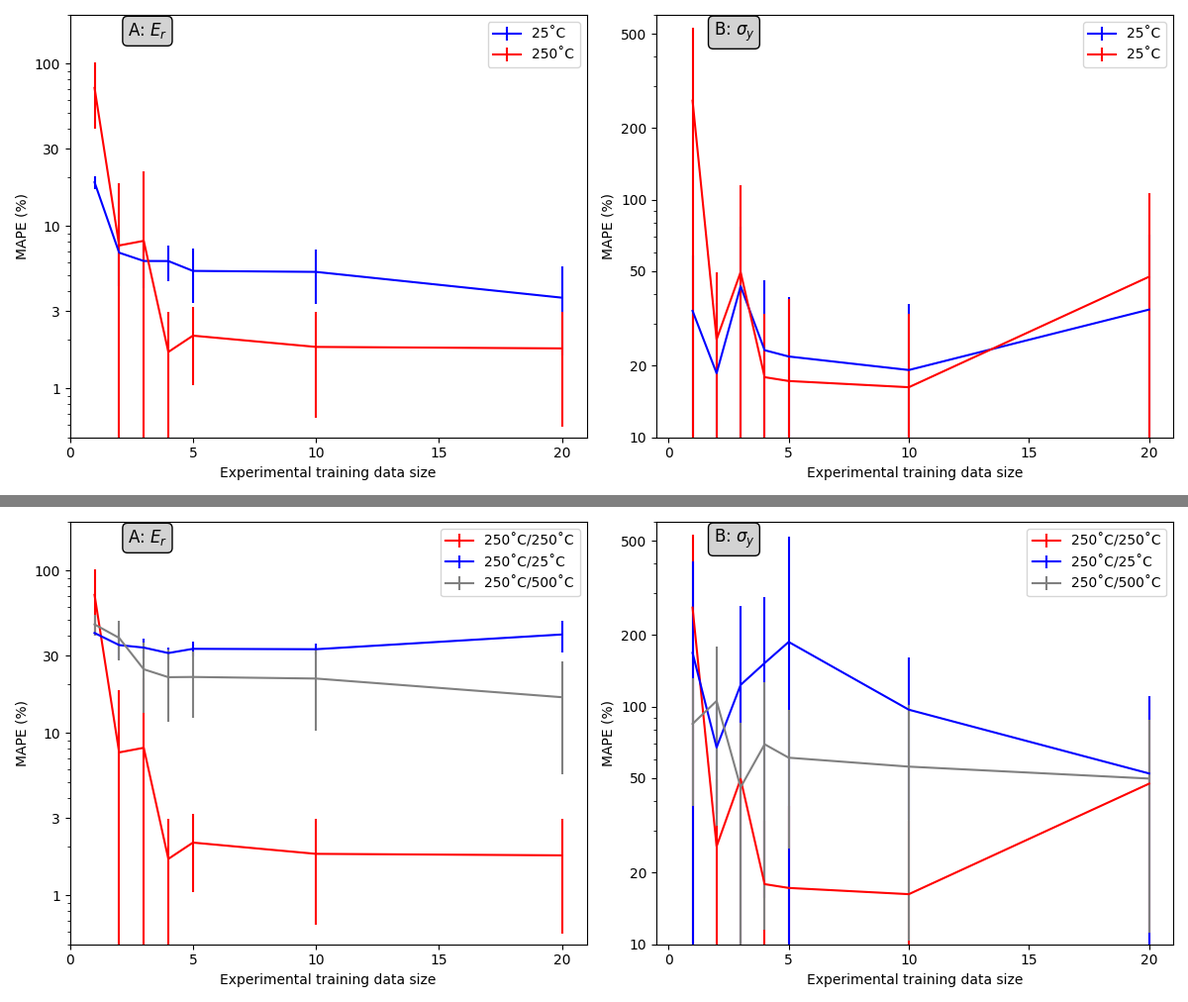
Repository: JoeSpencer1/temperature-dependant
Script's output: python src/figures.py
An editor plug-in stored every save of this project. The script's output is shown before and after the next save, followed by the edit.
The pictures are shown at 99% of full size.
Each picture stacks the figures in order, with grey between them; figures that are only written to a file come last. Random numbers start from a fixed seed.

Above is the script's output before, as saved 2023-10-29 15:31:10.

### src/figures.py
import matplotlib.pyplot as plt

n = [1, 2, 3, 4, 5, 10, 20]
n1 = n
# 25˚C
Ti25E = [18.619205, 6.8593493, 6.0983825, 6.091887, 5.298505, 5.2244196, 3.6239312]
εTi25E = [1.6743975, 2.5646875, 1.9379541, 1.4813129, 1.9537387, 1.9212662, 2.01604]
Ti25σ = [34.068943, 18.617916, 43.272, 23.271488, 21.895184, 19.204937, 34.49958]
εTi25σ = [24.325975, 18.127224, 33.714092, 22.803173, 17.10482, 17.321714, 36.6192]
# 250˚C
Ti250E = [70.95709, 7.5985556, 8.114405, 1.6784289, 2.1151547, 1.8030748, 1.7651669]
εTi250E = [31.052818, 10.786752, 13.492649, 1.3040054, 1.0622171, 1.1414853, 1.182222]
Ti250σ = [261.21823, 25.825928, 49.60928, 17.916042, 17.266216, 16.254345, 47.430775]
εTi250σ = [270.2345, 23.495884, 65.91791, 15.266485, 21.114838, 16.953184, 59.20635]
# 500˚C/250˚C
Ti500E = [46.683464, 38.522774, 24.701038, 22.080563, 22.1474, 21.659185, 16.620623]
εTi500E = [6.765701, 10.513843, 11.301726, 10.384357, 9.72246, 11.2682905, 11.029994]
Ti500σ = [84.67531, 105.72215, 45.78838, 69.46997, 60.99529, 55.9422, 49.83204]
εTi500σ = [46.46603, 74.18298, 39.670254, 57.913757, 35.607227, 45.5547, 38.628445]
# 25˚C/250˚C
Ti25250E = [41.319565, 34.81656, 33.59124, 31.09554, 33.010456, 32.823563, 40.46569]
εTi25250E = [1.6541697, 6.365257, 4.6176863, 2.6873071, 3.4111104, 2.5400345, 8.93229]
Ti25250σ = [168.42062, 67.375565, 123.53137, 152.6323, 187.2847, 97.121, 52.3555]
εTi25250σ = [240.32188, 32.01899, 141.78886, 136.91542, 330.77194, 63.82302, 58.671406]

fig, (ax1, ax2) = plt.subplots(1, 2, figsize=(12, 5))
ax1.errorbar(n, Ti25E, yerr = εTi25E, color = 'blue', label = "25˚C")
ax1.errorbar(n, Ti250E, yerr = εTi250E, color = 'red', label = "250˚C")
ax1.set_yscale('log')
ax1.set_ylim([0.5, 200])
ax1.set_xlim([0, 21])
ax1.set_xticks([0, 5, 10, 15, 20])
ax1.set_yticks([1, 3, 10, 30, 100])
ax1.set_yticklabels([1, 3, 10, 30, 100])
ax1.legend()
ax1.set_ylabel("MAPE (%)")
ax1.set_xlabel("Experimental training data size")
ax1.annotate("A: $E_{r}$", xy=(0.15, 0.95), xycoords="axes fraction",
              fontsize=12, ha="center",
              bbox=dict(boxstyle="round,pad=0.3", edgecolor="black", facecolor="lightgray"))

ax2.errorbar(n1, Ti25σ, yerr = εTi25σ, color = 'blue', label = "25˚C")
ax2.errorbar(n1, Ti250σ, yerr = εTi250σ, color = 'red', label = "25˚C")
ax2.set_yscale('log')
ax2.set_ylim([10, 600])
ax2.set_xlim([-0.5, 21])
ax2.set_xticks([0, 5, 10, 15, 20])
ax2.set_yticks([10, 20, 50, 100, 200, 500])
ax2.set_yticklabels([10, 20, 50, 100, 200, 500])
ax2.legend()
ax2.set_ylabel("MAPE (%)")
ax2.set_xlabel("Experimental training data size")
plt.subplots_adjust(bottom=0.180)
fig.tight_layout()
ax2.annotate("B: $\sigma_{y}$", xy=(0.15, 0.95), xycoords="axes fraction",
              fontsize=12, ha="center",
              bbox=dict(boxstyle="round,pad=0.3", edgecolor="black", facecolor="lightgray"))
plt.savefig("/Users/Joe/Desktop/figure1.jpeg", dpi=800, bbox_inches="tight")
plt.show()


fig, (ax1, ax2) = plt.subplots(1, 2, figsize=(12, 5))
ax1.errorbar(n, Ti250E, yerr = εTi250E, color = 'red', label = "250˚C/250˚C")
ax1.errorbar(n, Ti25250E, yerr = εTi25250E, color = 'blue', label = "250˚C/25˚C")
ax1.errorbar(n, Ti500E, yerr = εTi500E, color = 'gray', label = "250˚C/500˚C")
ax1.set_yscale('log')
ax1.set_ylim([0.5, 200])
ax1.set_xlim([0, 21])
ax1.set_xticks([0, 5, 10, 15, 20])
ax1.set_yticks([1, 3, 10, 30, 100])
ax1.set_yticklabels([1, 3, 10, 30, 100])
ax1.legend()
ax1.set_ylabel("MAPE (%)")
ax1.set_xlabel("Experimental training data size")
ax1.annotate("A: $E_{r}$", xy=(0.15, 0.95), xycoords="axes fraction",
              fontsize=12, ha="center",
              bbox=dict(boxstyle="round,pad=0.3", edgecolor="black", facecolor="lightgray"))

ax2.errorbar(n1, Ti250σ, yerr = εTi250σ, color = 'red', label = "250˚C/250˚C")
ax2.errorbar(n1, Ti25250σ, yerr = εTi25250σ, color = 'blue', label = "250˚C/25˚C")
ax2.errorbar(n1, Ti500σ, yerr = εTi500σ, color = 'gray', label = "250˚C/500˚C")
ax2.set_yscale('log')
ax2.set_ylim([10, 600])
ax2.set_xlim([-0.5, 21])
ax2.set_xticks([0, 5, 10, 15, 20])
ax2.set_yticks([10, 20, 50, 100, 200, 500])
ax2.set_yticklabels([10, 20, 50, 100, 200, 500])
ax2.legend()
ax2.set_ylabel("MAPE (%)")
ax2.set_xlabel("Experimental training data size")
plt.subplots_adjust(bottom=0.180)
fig.tight_layout()
ax2.annotate("B: $\sigma_{y}$", xy=(0.15, 0.95), xycoords="axes fraction",
              fontsize=12, ha="center",
              bbox=dict(boxstyle="round,pad=0.3", edgecolor="black", facecolor="lightgray"))
plt.savefig("/Users/Joe/Desktop/figure1.jpeg", dpi=800, bbox_inches="tight")
plt.show()

After the next save:
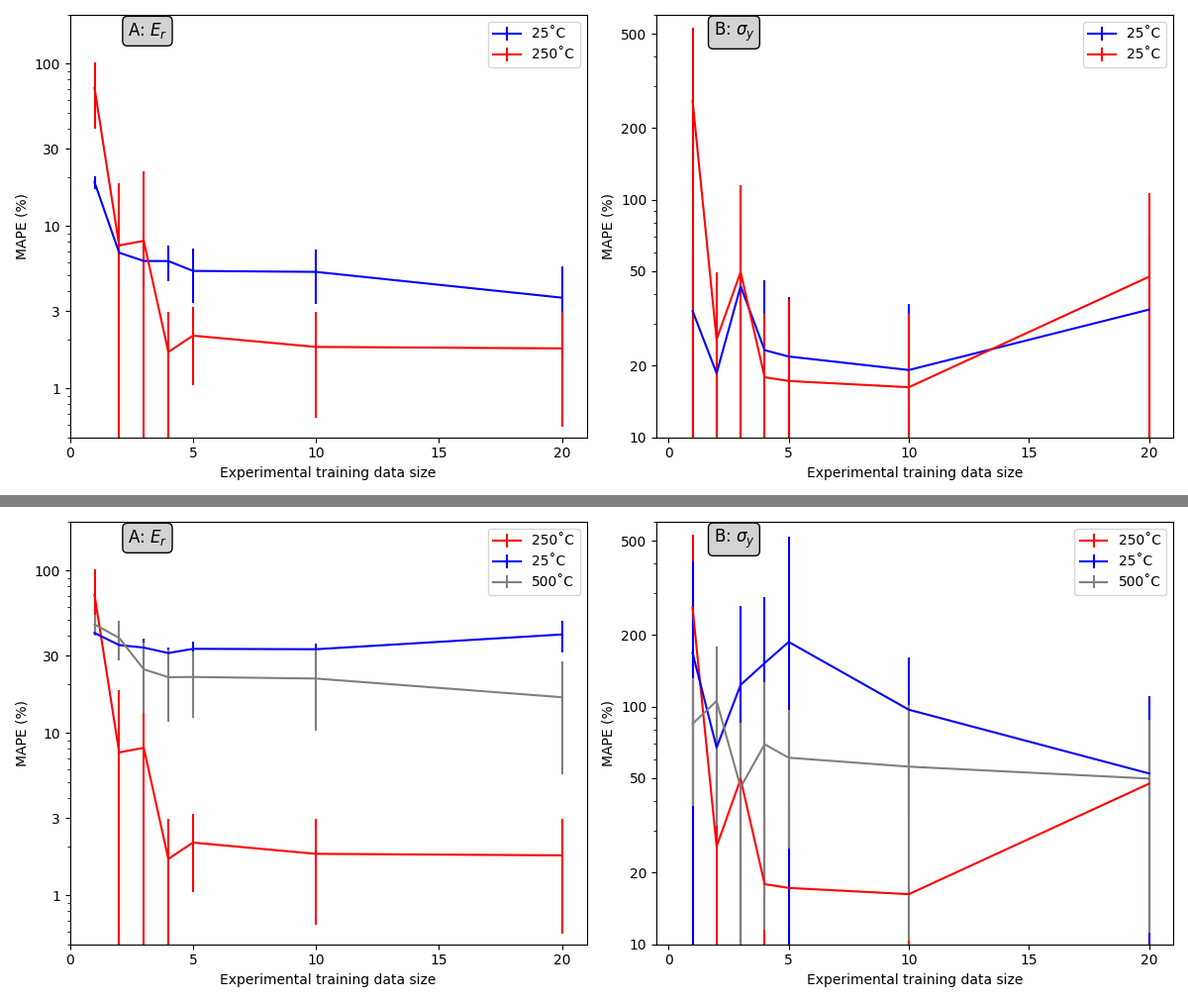
Saved 64 s later.
--- a/src/figures.py
+++ b/src/figures.py
@@ -60,9 +60,9 @@ plt.show()
 
 
 fig, (ax1, ax2) = plt.subplots(1, 2, figsize=(12, 5))
-ax1.errorbar(n, Ti250E, yerr = εTi250E, color = 'red', label = "250˚C/250˚C")
-ax1.errorbar(n, Ti25250E, yerr = εTi25250E, color = 'blue', label = "250˚C/25˚C")
-ax1.errorbar(n, Ti500E, yerr = εTi500E, color = 'gray', label = "250˚C/500˚C")
+ax1.errorbar(n, Ti250E, yerr = εTi250E, color = 'red', label = "250˚C")
+ax1.errorbar(n, Ti25250E, yerr = εTi25250E, color = 'blue', label = "25˚C")
+ax1.errorbar(n, Ti500E, yerr = εTi500E, color = 'gray', label = "500˚C")
 ax1.set_yscale('log')
 ax1.set_ylim([0.5, 200])
 ax1.set_xlim([0, 21])
@@ -76,9 +76,9 @@ ax1.annotate("A: $E_{r}$", xy=(0.15, 0.95), xycoords="axes fraction",
               fontsize=12, ha="center",
               bbox=dict(boxstyle="round,pad=0.3", edgecolor="black", facecolor="lightgray"))
 
-ax2.errorbar(n1, Ti250σ, yerr = εTi250σ, color = 'red', label = "250˚C/250˚C")
-ax2.errorbar(n1, Ti25250σ, yerr = εTi25250σ, color = 'blue', label = "250˚C/25˚C")
-ax2.errorbar(n1, Ti500σ, yerr = εTi500σ, color = 'gray', label = "250˚C/500˚C")
+ax2.errorbar(n1, Ti250σ, yerr = εTi250σ, color = 'red', label = "250˚C")
+ax2.errorbar(n1, Ti25250σ, yerr = εTi25250σ, color = 'blue', label = "25˚C")
+ax2.errorbar(n1, Ti500σ, yerr = εTi500σ, color = 'gray', label = "500˚C")
 ax2.set_yscale('log')
 ax2.set_ylim([10, 600])
 ax2.set_xlim([-0.5, 21])
